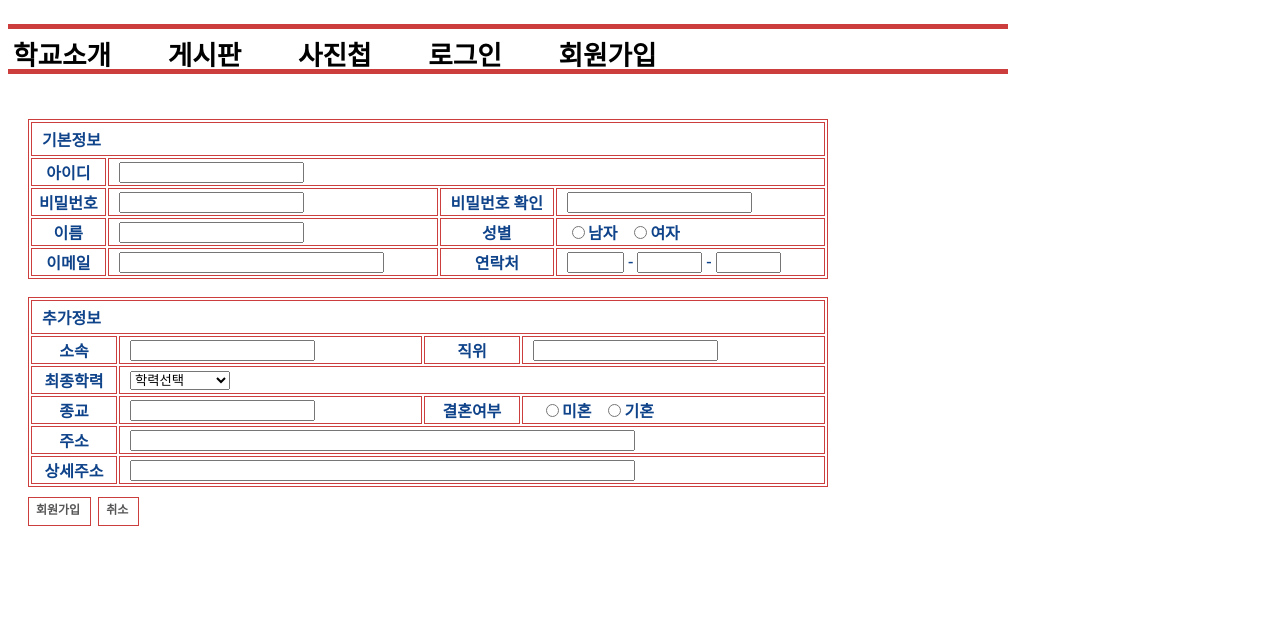
Repository: asaf0813/aisw
Page: java/이클립스/workspace/html/htmltest/WebContent/member/join.html
These files come from the project's save history. The page is drawn as it stood at one moment and after the next save; the edit follows.
The browser window is 1280 px wide. The pictures show the part of the page from y = 158 to 777 px (the page is 777 px tall).

Above is the page before, as saved 2019-10-03 10:46:30.

### java/이클립스/workspace/html/htmltest/WebContent/member/join.html
<!doctype html>
<html lang="en">
	<head>
		<meta charset="UTF-8">
		<meta name="Generator" content="EditPlus®">
		<meta name="Author" content="">
		<meta name="Keywords" content="">
		<meta name="Description" content="">
		<title>join</title>
		<link href="./join.css" rel="stylesheet" type="text/css" >
		<style type="text/css">
		a { text-decoration:none }
		</style>


		<script>
			function send(){
				var id_view = document.frm.id_view.value;
				var password = document.frm.password.value;
				var password2 = document.frm.password2.value;
				var email = document.frm.emailAdres.value;
				var tel1 = document.frm.Phone1.value;
				var tel2 = document.frm.Phone2.value;
				var tel3 = document.frm.Phone3.value;
				var tel3 = document.frm.Phone3.value;
				var name = document.frm.name.value;

				if(id_view==""){
					alert("아이디를 입력해주세요");
					document.frm.id_view.focus();
					return;
				} else if(password=="") {
					alert("비밀번호를 입력해주세요");
					document.frm.password.focus();
					return;
				} else if(password2=="") {
					alert("비밀번호를 확인해주세요");
					document.frm.password.focus();
					return;
				} else if(name=="") {
					alert("이름을 입력해주세요.");
					document.frm.password.focus();
					return;
				} else {
					if(confirm("가입하시겠습니까?")) {
						document.frm.submit();
					}
				}

				var regExp = /[a-z0-9]{2,}@[a-z0-9-]{2,}\.[a-z0-9]{2,}/i;

				if(!regExp.test(email)){
					alert("이메일 형식이 일치하지 않습니다.");
					document.frm.emailAdres.focus();
					return;
				}

				var tel1Chk = /^0(2|1[01679])$/;
				var tel2Chk = /^[0-9]{3,}$/;
				var tel3Chk = /^[0-9]{4}$/;

				if (tel1.value != '') {
					if (!tel1Chk.test(tel1)){
						alert("번호형식이 일치하지 않습니다.");
						document.frm.Phone1.focus();
						return;
					}
					if (!tel2Chk.test(tel2)){
						alert("번호형식이 일치하지 않습니다.");
						document.frm.Phone2.focus();
						return;
					}
					if (!tel3Chk.test(tel3)){
						alert("번호형식이 일치하지 않습니다.");
						document.frm.Phone3.focus();
						return;
					}
				}
			}

		</script>
	</head>
	<body>
		<div class="header">
			<a href="../main.html">
			<img width="100%" height="150" src = "http://www.postech.ac.kr/wp-content/themes/postech/images/imgs/signature4.png", alt="" ></a>
		<div>
			<p style="margin-top:20px"></p>
		</div>

		<div class="topnavi_ds">
			<div class="topnavi">
				<a href="../intro/intro.html">학교소개</a> <a href="../board/list.html">게시판</a> <a href="../picture/list.html">사진첩</a> <a href="../member/login.html">로그인</a> <a href="../member/join.html">회원가입</a>
			</div>
		</div>


		<div class="divide"/>

		<div class="body">

			<form name="frm">
				<div class="modify_user">
					<table>
						<tr><td colspan="4" height="30">기본정보</td></tr>
						<tr>
							<th>아이디</th>
							<td colspan="3">
							<input type="text" size="20" maxlength="20" name="id_view" >
							</td>
						</tr>
						<tr>
							<th>비밀번호</th>
							<td><input type="password" path="password" name="password" id="password" title="비밀번호" size="20" maxlength="20" /></td>
							<th>비밀번호 확인</th>
							<td><input name="password2" id="password2" title="비밀번호확인" type="password" size="20" maxlength="20" /></td>
						</tr>
						<tr>
							<th>이름</th>
							<td><input name="userNm" id="userNm" title="사용자이름" type="text" size="20" value="" maxlength="60" /></td>
							<th>성별</th>
							<td>
								<input type="radio" id="gen" name="gen" title="성별" value="남자">남자
								&nbsp;&nbsp;<input type="radio" id="gen" name="gen" title="성별" value="여자">여자
							</td>
						</tr>
						<tr>
							<th>이메일</th>
							<td><input name="emailAdres" id="emailAdres" title="이메일주소" cssClass="txaIpt" size="30" maxlength="50" /></td>
							<th>연락처</th>
							<td>
								<input name="Phone1" id="Phone1" title="번호1" cssClass="txaIpt" size="4" maxlength="3" /> -
								<input name="Phone2" id="Phone2" title="번호2" cssClass="txaIpt" size="5" maxlength="4" /> -
								<input name="Phone3" id="Phone3" title="번호3" cssClass="txaIpt" size="5" maxlength="4" />
								<input type="hidden" name="memberPhone" id="memberPhone" title="핸드폰번호" size="20" maxlength="15" />
							</td>
						</tr>
					</table>
					<br />
					<table>
						<tr><td colspan="6" height="30">추가정보</td></tr>
						<tr>
							<th>소속</th>
							<td colspan="1"><input name="orgnz" id="orgnz" title="소속" type="text" size="20" value="" maxlength="60" /></td>
							<th>직위</th>
							<td><input name="position" id="position" title="직위" type="text" size="20" value="" maxlength="60" /></td>
						</tr>
						<tr>
							<th>최종학력</th>
							<td colspan="3">
								<select name="spec" title="최종학력">
									<option value="">학력선택</option>
									<option value="초등학교 재학">초등학교 재학</option>
									<option value="초등학교 졸업">초등학교 졸업</option>
									<option value="중학교 재학">중학교 재학</option>
									<option value="중학교 졸업">중학교 졸업</option>
									<option value="고등학교 재학">고등학교 재학</option>
									<option value="고등학교 졸업">고등학교 졸업</option>
									<option value="대학교 재학">대학교 재학</option>
									<option value="대학교 졸업">대학교 졸업</option>
									<option value="대학원 재학">대학원 재학</option>
								</select>
							</td>
						</tr>
						<tr>
							<th>종교</th>
							<td><input name="religion" id="religion" title="종교" type="text" size="20" value="" maxlength="60" /></td>
							<th>결혼여부</th>
							<td>
								&nbsp;&nbsp;<input type="radio" name="marry" value="미혼">미혼
								&nbsp;&nbsp;<input type="radio" name="marry" value="기혼">기혼
							</td>
						</tr>
						<tr>
							<th>주소</th>
							<td colspan="3">
								<input type="text" name="zipcode" size="60">
							</td>
						</tr>
						<tr>
							<th>상세주소</th>
							<td colspan="3">
								<input type="text" class="addr" name="addr_remain" size="60">
							</td>
						</tr>
					</table>

					<div class="buttons" style="padding-top:10px;padding-bottom:30px; float:left;">
						<a href="#LINK" onclick="javascript:send(); return false;">회원가입</a>
						<a href="#LINK">취소</a>
					</div>
				</div>
			</form>
		</div>
	</body>
</html>

### java/이클립스/workspace/html/htmltest/WebContent/member/join.css
.header a:hover{color:red;}
.header a{color:blue;}

.header{
	width:1000px;
	height:50px;
	float:left;
	font-size: 9pt;
}

.topnavi_ds{
	width:100%;
	height:5px;
	background-color:#CC3D3D;
	float:left;
}
.topnavi a:hover{color:green;}
.topnavi a{color:#000000;}

.topnavi{
	width:1000px; height:30px;
	float:left;
	margin-top:10px;
	margin-left:5px;
	font-size: 20pt;
	font-weight: bold;
	word-spacing:50px;
}

.divide{
	width:100%;
	height:5px;
	float:left;
	margin-top: 25px;
	background-color:#CC3D3D;
	margin-top:40px;
}

.body{
	font-size: 9pt;
	margin-top:50px;
	margin-left:20px;
	width:1000px;
	height:500px;
	float:left;
}

.modify_user{
	font-weight:bold;
	font-size:12pt;
}



.modify_user table{
	clear:both; width:800px;
	border: 1px solid #CC3D3D;
    overflow: hidden;
    white-space: nowrap;
}

.modify_user table th {
	background-color:#FFFFFF;
	border:1px solid #CC3D3D;
    color:#0f438a;
}

.modify_user table td{
	background-color:#ffffff;
	border:1px solid #CC3D3D;
    color:#0f438a;
    padding-left:10px;
}


/* btn */
.buttons a, .buttons button{

    display:block;
    float:left;
    margin:0 7px 0 0;
    background-color:#FFFFFF;
    border:1px solid #CC3D3D;
    font-size:9pt;
    line-height:130%;
    text-decoration:none;
    font-weight:bold;
    color:#565656;
    cursor:pointer;
    padding:5px 10px 6px 7px; /* Links */
}

.buttons a:hover{color:#4786AD;}

After the next save:
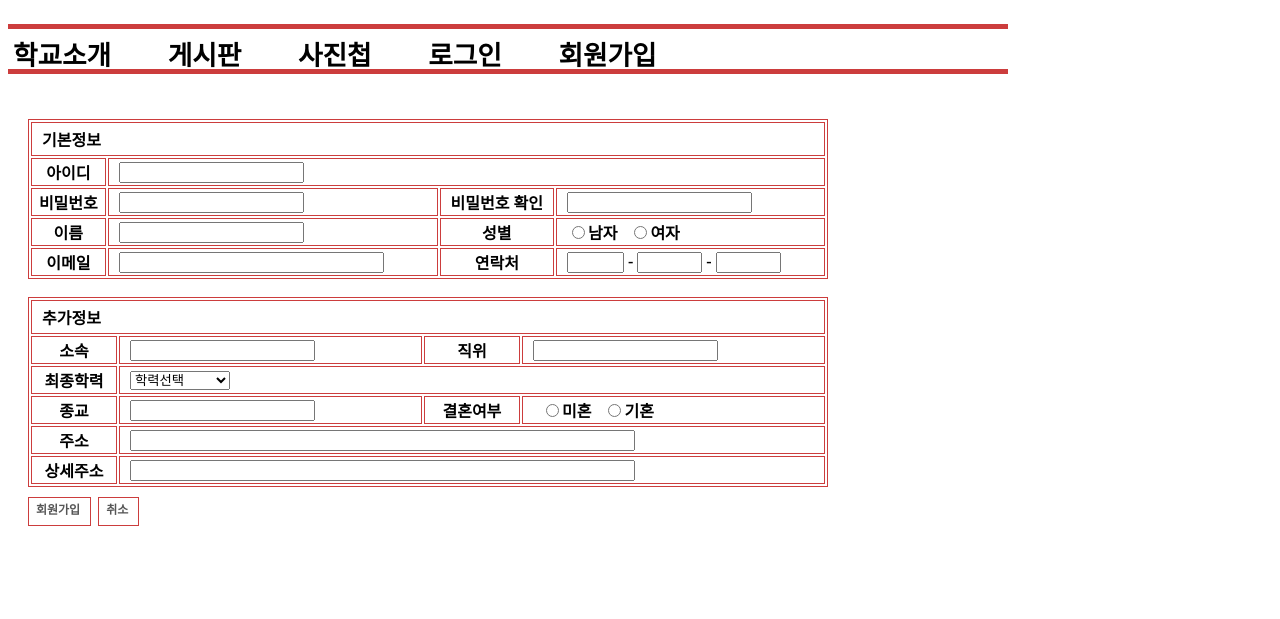
Saved 112 s later.
--- a/java/이클립스/workspace/html/htmltest/WebContent/member/join.css
+++ b/java/이클립스/workspace/html/htmltest/WebContent/member/join.css
@@ -62,13 +62,13 @@
 .modify_user table th {
 	background-color:#FFFFFF;
 	border:1px solid #CC3D3D;
-    color:#0f438a;
+    color:#000000;
 }
 
 .modify_user table td{
 	background-color:#ffffff;
 	border:1px solid #CC3D3D;
-    color:#0f438a;
+    color:#000000;
     padding-left:10px;
 }
 
